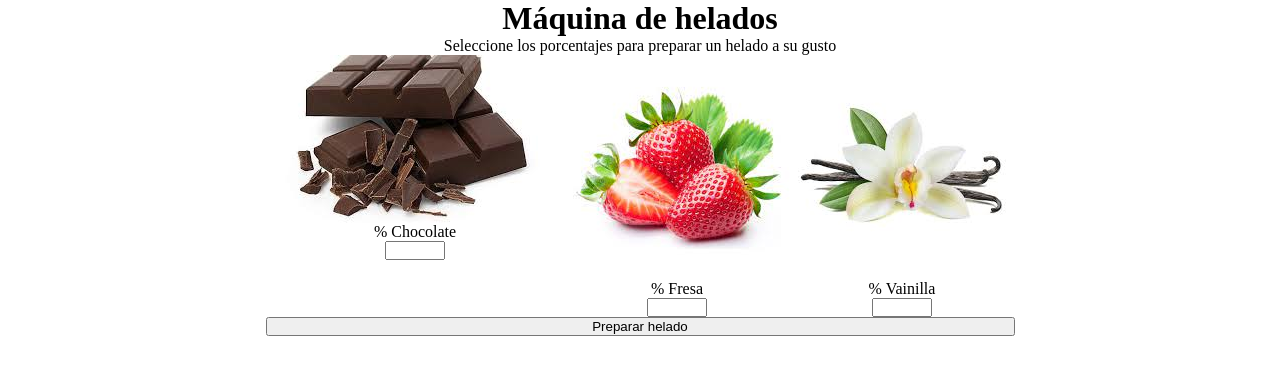
Repository: Ibizus/ejercicios_JSP
Page: http://localhost/ejercicios_Hector/ejercicio10/index.jsp
The author's editor kept a copy of each file at every save. The page is drawn from the files as they stood at one save, then again after the next save.
The browser window is 1280 px wide. The pictures show the whole page.
The page is served by Tomcat 9.

Above is the page before, as saved 2023-11-16 13:32:09.

### ejercicios_Hector/src/main/webapp/ejercicio10/index.jsp
<%@ page language="java" contentType="text/html; charset=UTF-8"
    pageEncoding="UTF-8"%>
<!DOCTYPE html>
<html>
<head>
	<meta charset="UTF-8">
	<link rel="stylesheet" href="css/style.css"/>
	<title>Ejercicio 10</title>
</head>
<body>
	<h1>Máquina de helados</h1>
	<p>Seleccione los porcentajes para preparar un helado a su gusto</p>

	<section id="formulario">
		<form method="post" action="helado.jsp">

			<section id="sabores">
				<article>
					<img alt="Chocolate" src="images/chocolate.jpeg">
					% Chocolate <input type="number" min="0" max="100" step="1" name="choc">
				</article>
				<article>
					<img alt="Fresa" src="images/fresa.jpeg">
					% Fresa <input type="number" min="0" max="100" step="1" name="fresa">
				</article>
				<article>
					<img alt="Vainilla" src="images/vainilla.jpeg">
					% Vainilla <input type="number" min="0" max="100" step="1" name="vainilla">
				</article>
			</section>

			<input type="submit" value="Preparar helado">
		</form>
	</section>

</body>
</html>

### ejercicios_Hector/src/main/webapp/ejercicio10/css/style.css
@charset "UTF-8";

*{
	margin: 0;
	padding: 0;
	box-sizing: border-box;
	text-decoration: none;
}

body{
    max-width: 1000px;
    display: flex;
    flex-direction: column;
    align-items: center;
    margin: auto;
}

form{
	display: flex;
	flex-direction: column;
}

section{
	display: flex;
	flex-direction: row;
	justify-content: space-between;
}

article{
	display: flex;
	flex-direction: column;
    align-items: center;
}

After the next save:
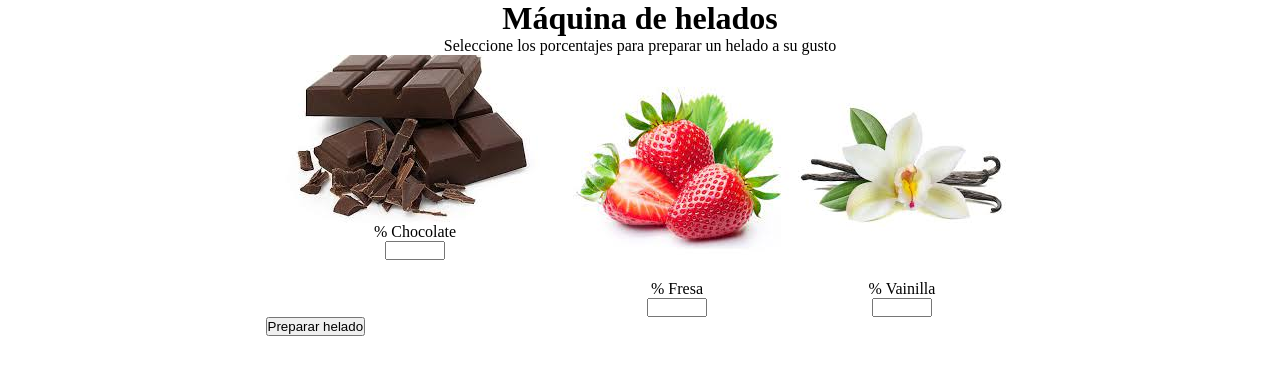
Saved 53 s later.
--- a/ejercicios_Hector/src/main/webapp/ejercicio10/css/style.css
+++ b/ejercicios_Hector/src/main/webapp/ejercicio10/css/style.css
@@ -15,12 +15,12 @@ body{
     margin: auto;
 }
 
-form{
+#formulario{
 	display: flex;
 	flex-direction: column;
 }
 
-section{
+#sabores{
 	display: flex;
 	flex-direction: row;
 	justify-content: space-between;
